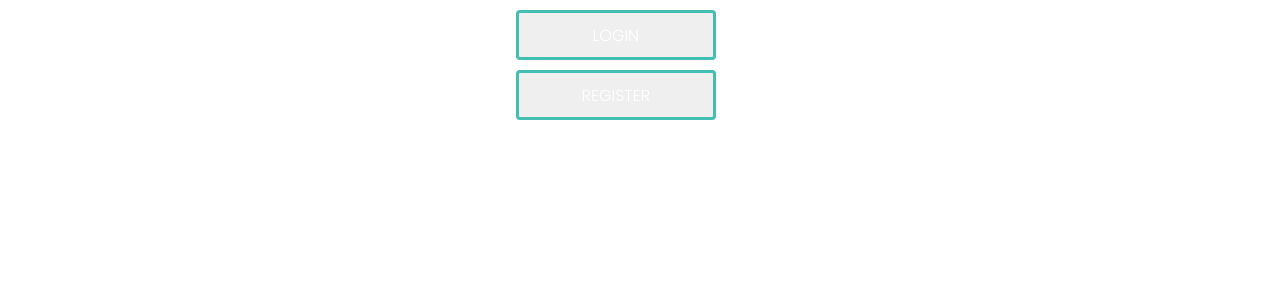
Repository: vu9ar/vu9ar.github.io
Page: WelcomePage/welcome.html
An editor plug-in stored every save of this project. The page is shown before and after the next save, followed by the edit.
The browser window is 1280 px wide. The pictures show the whole page.

Above is the page before, as saved 2022-03-27 19:19:54.

After the next save:
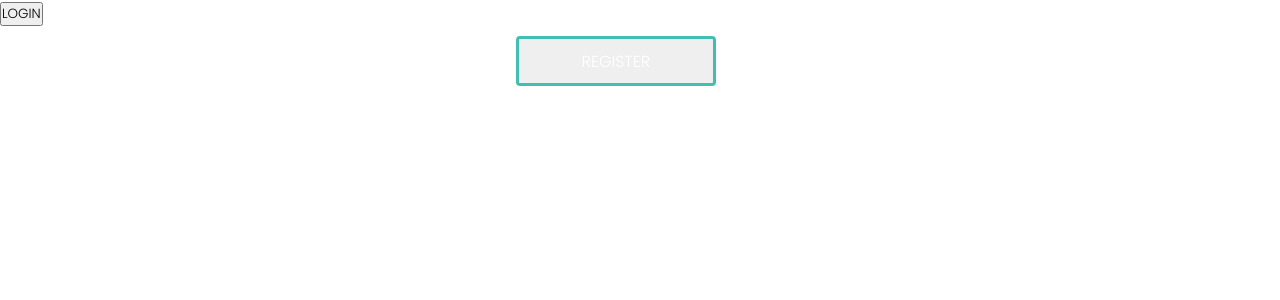
Saved 101 s later.
--- a/WelcomePage/welcome.html
+++ b/WelcomePage/welcome.html
@@ -21,7 +21,7 @@
     </div>
 
     <form action="../loginRegister/loginForVerified.html">
-        <button class="button">LOGIN</button>
+        <button type="text" id="sub_btn" class="btn btn-outline-primary mb-3 w-100">LOGIN</button>
     </form>
 
     <form action="/loginRegister/guestToVerifiedRegister.html">

After the save that followed:
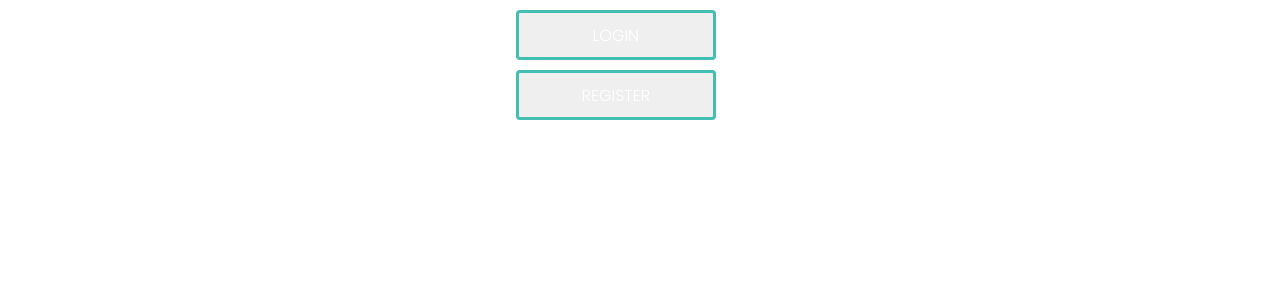
Saved 19 s later.
--- a/WelcomePage/welcome.html
+++ b/WelcomePage/welcome.html
@@ -21,7 +21,7 @@
     </div>
 
     <form action="../loginRegister/loginForVerified.html">
-        <button type="text" id="sub_btn" class="btn btn-outline-primary mb-3 w-100">LOGIN</button>
+        <button class="button">LOGIN</button>
     </form>
 
     <form action="/loginRegister/guestToVerifiedRegister.html">
